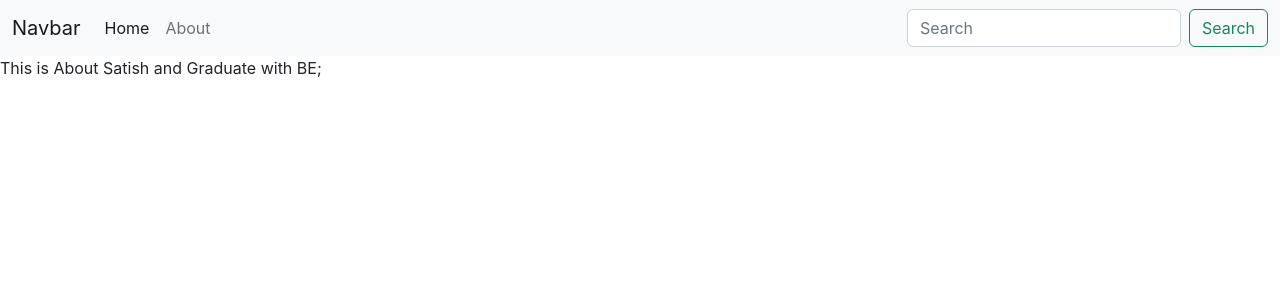
Repository: SatishPatil108/iNotebook-React
Page: /about
The author's editor kept a copy of each file at every save. The page is drawn from the files as they stood at one save, then again after the next save.
The browser window is 1280 px wide. The pictures show the whole page.
The project was rebuilt for these pictures with package versions that can differ from the ones it lists, and the page was loaded fresh each time. Also part of the build but not shown: src/App.css, src/components/Home.js.

Above is the page before, as saved 2022-07-23 16:39:37.

### public/index.html
<!DOCTYPE html>
<html lang="en">

<head>
  <meta charset="utf-8" />
  <link rel="icon" href="%PUBLIC_URL%/favicon.ico" />
  <meta name="viewport" content="width=device-width, initial-scale=1" />
  <meta name="theme-color" content="#000000" />
  <meta name="description" content="Web site created using create-react-app" />
  <link rel="apple-touch-icon" href="%PUBLIC_URL%/logo192.png" />

  <link rel="manifest" href="%PUBLIC_URL%/manifest.json" />
  <link href="https://cdn.jsdelivr.net/npm/bootstrap@5.2.0/dist/css/bootstrap.min.css" rel="stylesheet"
    integrity="sha384-gH2yIJqKdNHPEq0n4Mqa/HGKIhSkIHeL5AyhkYV8i59U5AR6csBvApHHNl/vI1Bx" crossorigin="anonymous">

  <title>iNotebook - Your Notes Secured in the Cloud</title>
</head>

<body>
  <noscript>You need to enable JavaScript to run this app.</noscript>
  <div id="root"></div>
  <script src="https://cdn.jsdelivr.net/npm/@popperjs/core@2.11.5/dist/umd/popper.min.js"
    integrity="sha384-Xe+8cL9oJa6tN/veChSP7q+mnSPaj5Bcu9mPX5F5xIGE0DVittaqT5lorf0EI7Vk"
    crossorigin="anonymous"></script>
  <script src="https://cdn.jsdelivr.net/npm/bootstrap@5.2.0/dist/js/bootstrap.min.js"
    integrity="sha384-ODmDIVzN+pFdexxHEHFBQH3/9/vQ9uori45z4JjnFsRydbmQbmL5t1tQ0culUzyK"
    crossorigin="anonymous"></script>

</body>

</html>

### src/App.js
import './App.css';
import {
  BrowserRouter as Router,
  Routes,
  Route
} from "react-router-dom";
import Navbar from './components/Navbar';
import Home from './components/Home';
import About from './components/About';
import NoteState from './context/notes/NoteState';

function App() {
  return (
    <>
      <NoteState>
        <Router>
          <Navbar />
          <Routes>
            <Route exact path="/" element={<Home />}></Route>
            <Route exact path="/about" element={<About />}></Route>
          </Routes>
        </Router>
      </NoteState>
    </>
  );
}

export default App;

### src/components/Navbar.js
import React from 'react'
import { Link } from "react-router-dom";

const Navbar = () => {
    return (
        <div>
            <nav className="navbar navbar-expand-lg bg-light">
                <div className="container-fluid">
                    <Link className="navbar-brand" to="/">Navbar</Link>
                    <button className="navbar-toggler" type="button" data-bs-toggle="collapse" data-bs-target="#navbarSupportedContent" aria-controls="navbarSupportedContent" aria-expanded="false" aria-label="Toggle navigation">
                        <span className="navbar-toggler-icon"></span>
                    </button>
                    <div className="collapse navbar-collapse" id="navbarSupportedContent">
                        <ul className="navbar-nav me-auto mb-2 mb-lg-0">
                            <li className="nav-item">
                                <Link className="nav-link active" aria-current="page" to="/">Home</Link>
                            </li>
                            <li className="nav-item">
                                <Link className="nav-link" to="/about">About</Link>
                            </li>
                        </ul>
                        <form className="d-flex" role="search">
                            <input className="form-control me-2" type="search" placeholder="Search" aria-label="Search" />
                            <button className="btn btn-outline-success" type="submit">Search</button>
                        </form>
                    </div>
                </div>
            </nav>
        </div>
    )
}

export default Navbar

### src/components/About.js
import React, { useContext } from 'react'
import noteContext from '../context/notes/noteContext'

const About = () => {
    const a = useContext(noteContext);
    return (
        <div>
            This is About {a.name} and Graduate with {a.class};
        </div>
    )
}

export default About

### src/context/notes/NoteState.js
import NoteContext from "./noteContext";

const NoteState = (props) => {
    const state = {
        "name": "Satish",
        "class": "BE"
    }
    return (
        <NoteContext.Provider value={state}>
            {props.children}
        </NoteContext.Provider>
    )
}

export default NoteState;

Loaded but not shown: src/index.js (common file); src/index.css (common file); src/context/notes/noteContext.js (common file)

After the next save:
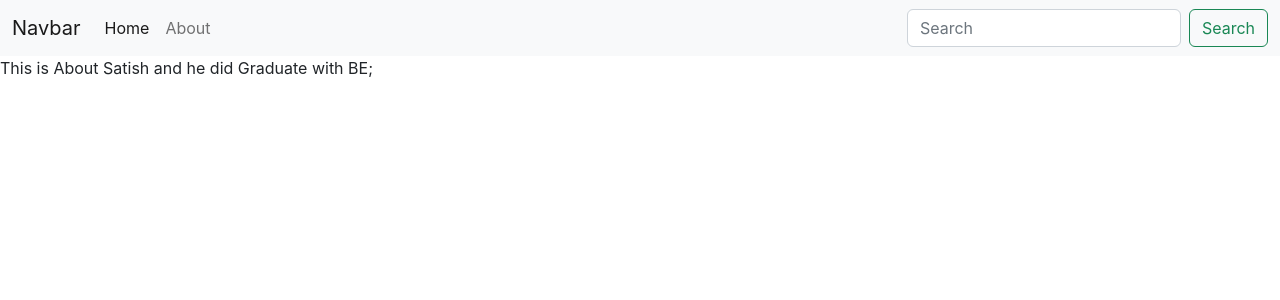
Saved 74 s later.
--- a/src/components/About.js
+++ b/src/components/About.js
@@ -5,7 +5,7 @@
     const a = useContext(noteContext);
     return (
         <div>
-            This is About {a.name} and Graduate with {a.class};
+            This is About {a.name} and he did Graduate with {a.class};
         </div>
     )
 }
